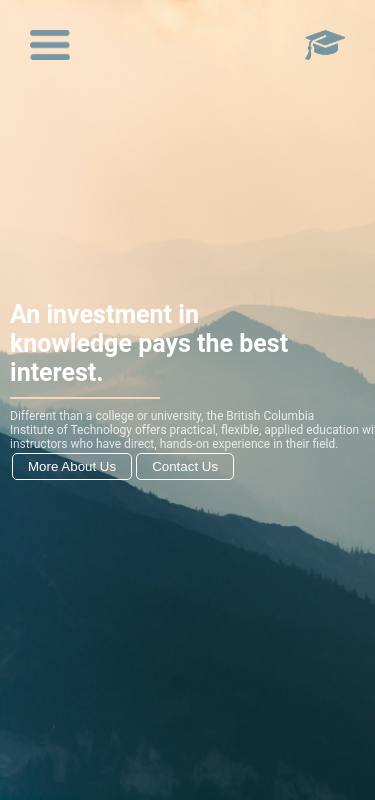
Repository: Sheraliramzan/Aly_A01253508_Assignment1
Page: /
The author's editor kept a copy of each file at every save. The page is drawn from the files as they stood at one save, then again after a run of saves.
The browser window is 375 px wide. The pictures show the whole page.
The project was rebuilt for these pictures with package versions that can differ from the ones it lists, and the page was loaded fresh each time. The framework's server and built-in components were replaced by stand-ins that run in the browser. Also part of the build but not shown: next.config.js.

Above is the page before, as saved 2023-02-05 11:44:46.

After the next 2 saves:
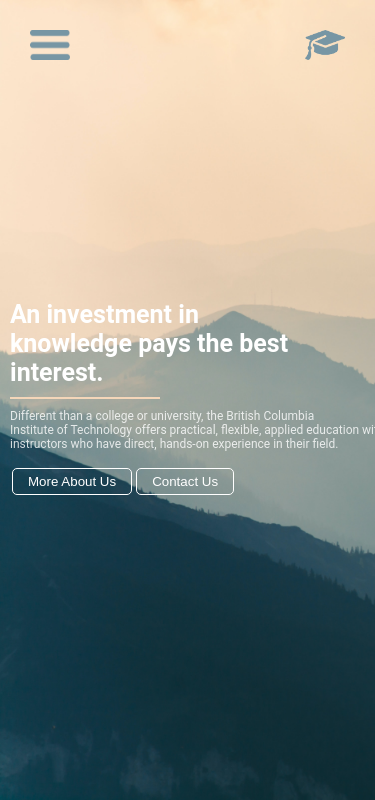
The 2 saves are shown as one change because they came seconds apart.
The last was saved 13 s later.
--- a/styles/globals.css
+++ b/styles/globals.css
@@ -322,7 +322,7 @@ ul > li {
     margin-left: 10px;
   }
   .downarrow{
-    position: fixed;
-
-  }
-}
+    position: relative;
+
+  }
+}
